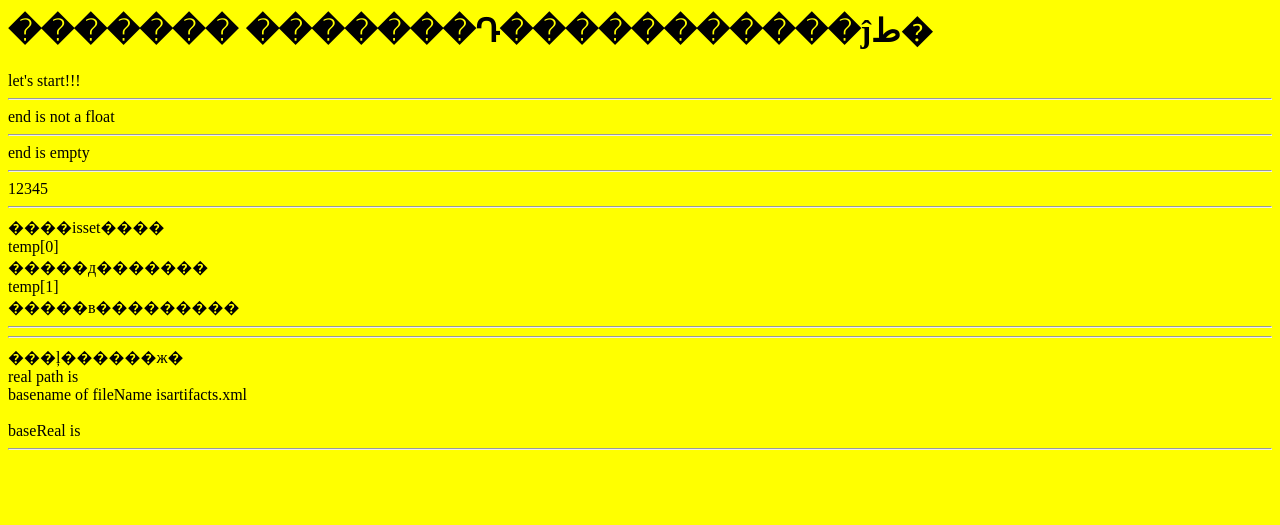
Repository: hanliyao/HelloWorld
Page: http://localhost/core/Common/testUnit.php
An editor plug-in stored every save of this project. The page is shown before and after the next save, followed by the edit.
The browser window is 1280 px wide. The pictures show the whole page.
The page is run by PHP 8.4 with error messages shown; the project is at /var/www/html/.

Above is the page before, as saved 2016-02-05 03:04:07.

After the next save:
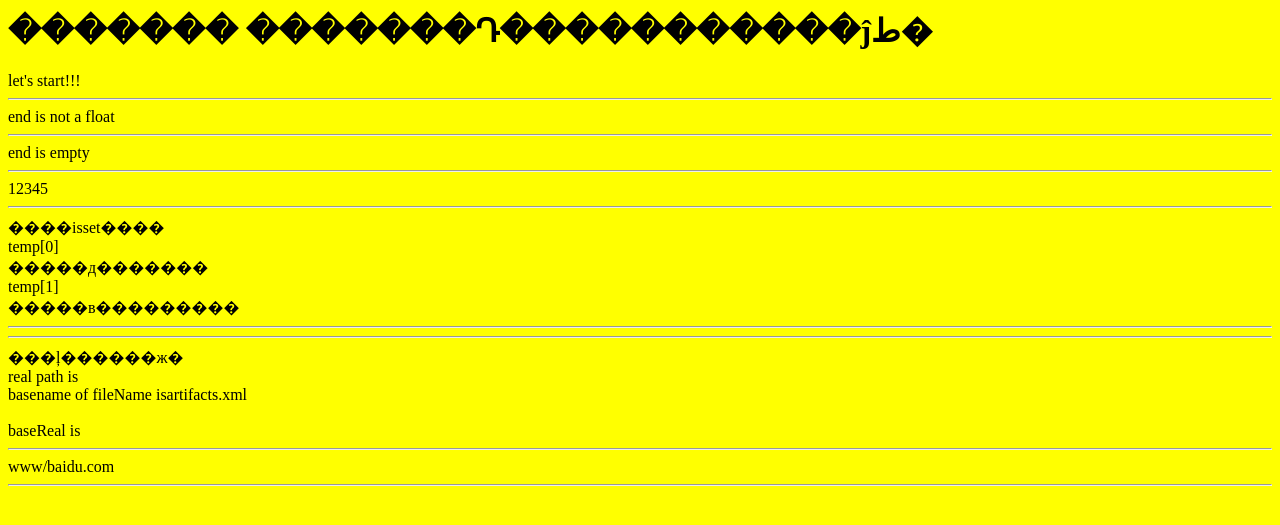
Saved 110 s later.
--- a/HelloWorld/core/Common/testUnit.php
+++ b/HelloWorld/core/Common/testUnit.php
@@ -79,7 +79,10 @@
            echo "<br>";
            //---------------------------------------------------
            echo "<hr>";
-
+           $name = "www.baidu#com";
+           $defName = str_replace(array('.','#'), array('/','.'), $name);
+           echo $defName."<br>";
+           echo "<hr>";
            ?>
     </body>
 </html>
